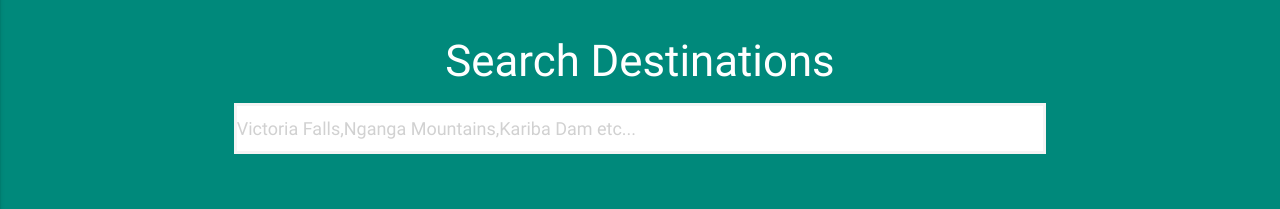
Repository: farrdy/materialize_website1_zim
Page: index.html
These files come from the project's save history. The page is drawn as it stood at one moment and after the next save; the edit follows.
The browser window is 1280 px wide. The pictures show the part of the page from y = 564 to 1112 px (the page is 773 px tall before and 1112 px after).
Some web libraries are served in a nearby version.

Above is the page before, as saved 2020-01-01 22:06:20.

### index.html
<!DOCTYPE html>
<html>
  <head>
    <!--Import Google Icon Font-->
    <link
      href="https://fonts.googleapis.com/icon?family=Material+Icons"
      rel="stylesheet"
    />
    <!--Import materialize.css-->
    <link
      type="text/css"
      rel="stylesheet"
      href="css/materialize.min.css"
      media="screen,projection"
    />
    <link type="text/css" rel="stylesheet" href="css/main.css" />
    <script
      src="https://kit.fontawesome.com/04d0fe07bd.js"
      crossorigin="anonymous"
    ></script>

    <!--Let browser know website is optimized for mobile-->
    <meta name="viewport" content="width=device-width, initial-scale=1.0" />
    <title>Custom Materialize Theme</title>
  </head>

  <body>
    <div class="navbar-fixed">
      <nav class="teal">
        <div class="container">
          <div class="nav-wrapper">
            <a href="#Home" class="brand-logo">Zimbabwe Travelville</a>
            <a href="#" data-activates="mobile-nav" class="button-collapse">
              <i class="material-icons">menu</i>
            </a>
            <ul class=" right hide-on-med-and-down">
              <li><a href="#home">Home</a></li>
              <li><a href="#search">Search</a></li>
              <li><a href="#popular">Popular Places</a></li>
              <li><a href="#gallery">Gallery</a></li>
              <li><a href="#contact">Contact</a></li>
            </ul>
          </div>
        </div>
      </nav>
    </div>
    <ul class="side-nav" id="mobile-nav">
      <li><a href="#home">Home</a></li>
      <li><a href="#search">Search</a></li>
      <li><a href="#popular">Popular Places</a></li>
      <li><a href="#gallery">Gallery</a></li>
      <li><a href="#contact">Contact</a></li>
    </ul>

    <section class="slider">
      <ul class="slides">
        <li>
          <img src="img/resort1.jpg" alt="" />
          <div class="caption center-align">
            <h2>Take your dream vacation</h2>
            <h5 class="light grey-text  text-lighten-3 hide-on-small-only">
              Lorem ipsum, dolor sit amet consectetur adipisicing elit. Ipsam
              culpa optio explicabo! Facilis iure dolorem exercitationem
            </h5>
            <a href="#" class="btn btn-large">Learn More</a>
          </div>
        </li>
        <li>
          <img src="img/resort2.jpg" alt="" />
          <div class="caption left-align">
            <h2>We works with all budgets</h2>
            <h5 class="light grey-text  text-lighten-3 hide-on-small-only">
              Lorem ipsum, dolor sit amet consectetur adipisicing elit. Ipsam
              culpa optio explicabo! Facilis iure dolorem exercitationem
            </h5>
            <a href="#" class="btn btn-large">Learn More</a>
          </div>
        </li>
        <li>
          <img src="img/resort3.jpg" alt="" />
          <div class="caption right-align">
            <h2>Group & Individual Getaways</h2>
            <h5 class="light grey-text  text-lighten-3 hide-on-small-only">
              Lorem ipsum, dolor sit amet consectetur adipisicing elit. Ipsam
              culpa optio explicabo! Facilis iure dolorem exercitationem
            </h5>
            <a href="#" class="btn btn-large">Learn More</a>
          </div>
        </li>
      </ul>
    </section>

    <!-- Section :Search -->
    <section class="section section-search teal darken-1 white-text center">
      <div class="container">
        <div class="row">
          <div class="col s12">
            <h3>Search Destinations</h3>
            <div class="input-field">
              <input
                type="text"
                class="white grey-text autocomplete"
                placeholder="Victoria Falls,Nganga Mountains,Kariba Dam etc..."
                id="autocomplete-input"
              />
            </div>
          </div>
        </div>
      </div>
    </section>

    <!--Import jQuery before materialize.js-->
    <script
      type="text/javascript"
      src="https://code.jquery.com/jquery-3.2.1.min.js"
    ></script>
    <script type="text/javascript" src="js/materialize.min.js"></script>

    <script>
      $(document).ready(function() {
        // Custom JS & jQuery here
        $(".button-collapse").sideNav();

        $(".slider").slider({
          indicators: false,
          height: 500,
          transition: 500,
          interval: 6000
        });

        $(".autocomplete").autocomplete({
          data: {
            Nyanga: null,
            Kariba: null,
            "Victoria Falls": null,
            "Gonarezhouu National park": null,
            "Hwange National Park": null,
            "Manapools National Park": null,
            Chimanimani: null
          }
        });
      });
    </script>
  </body>
</html>

### css/main.css
.slider .btn {
  margin-top: 20px;
}

.section-search input {
  padding: 5x !important;
  font-size: 18px !important;
  width: 90% !important;
  border: #f4f4f4 3px solid !important;
}

.autocomplete-content {
  position: absolute;
  width: 100%;
  text-align: center;
}

Loaded but not shown: css/materialize.min.css (library); js/materialize.min.js (library)

After the next save:
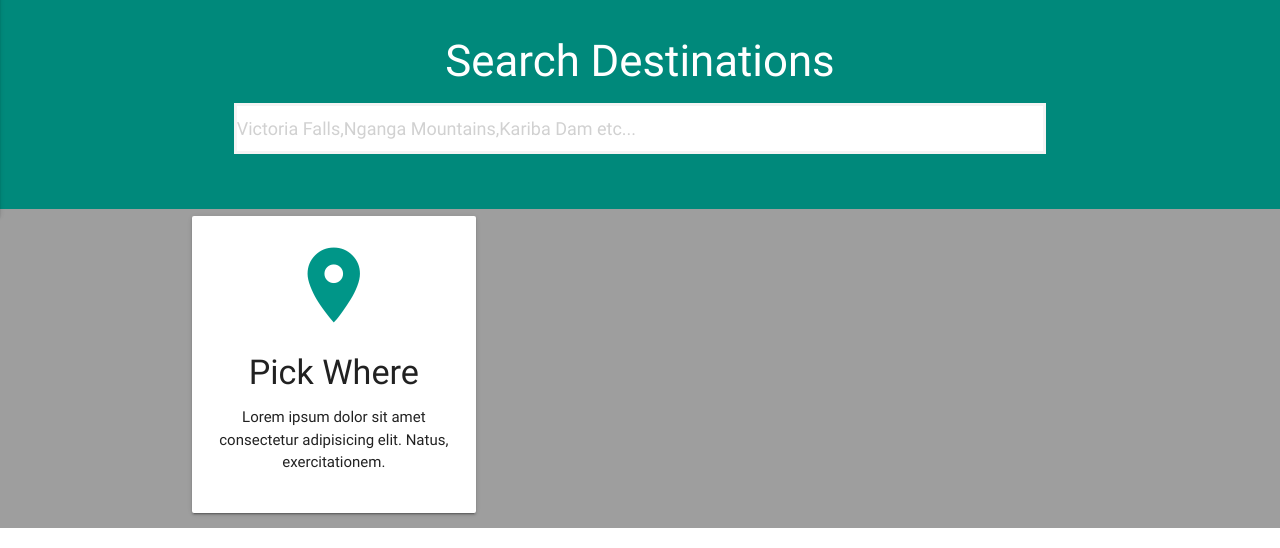
Saved 5 min 48 s later.
--- a/index.html
+++ b/index.html
@@ -108,6 +108,24 @@
         </div>
       </div>
     </section>
+    <!-- Section :Icon Boxes -->
+
+    <section class="section-icons grey light-4 center">
+      <div class="container">
+        <div class="row">
+          <div class="col s12 m4">
+            <div class="card-panel">
+              <i class="material-icons large teal-text">room</i>
+              <h4>Pick Where</h4>
+              <p>
+                Lorem ipsum dolor sit amet consectetur adipisicing elit. Natus,
+                exercitationem.
+              </p>
+            </div>
+          </div>
+        </div>
+      </div>
+    </section>
 
     <!--Import jQuery before materialize.js-->
     <script
